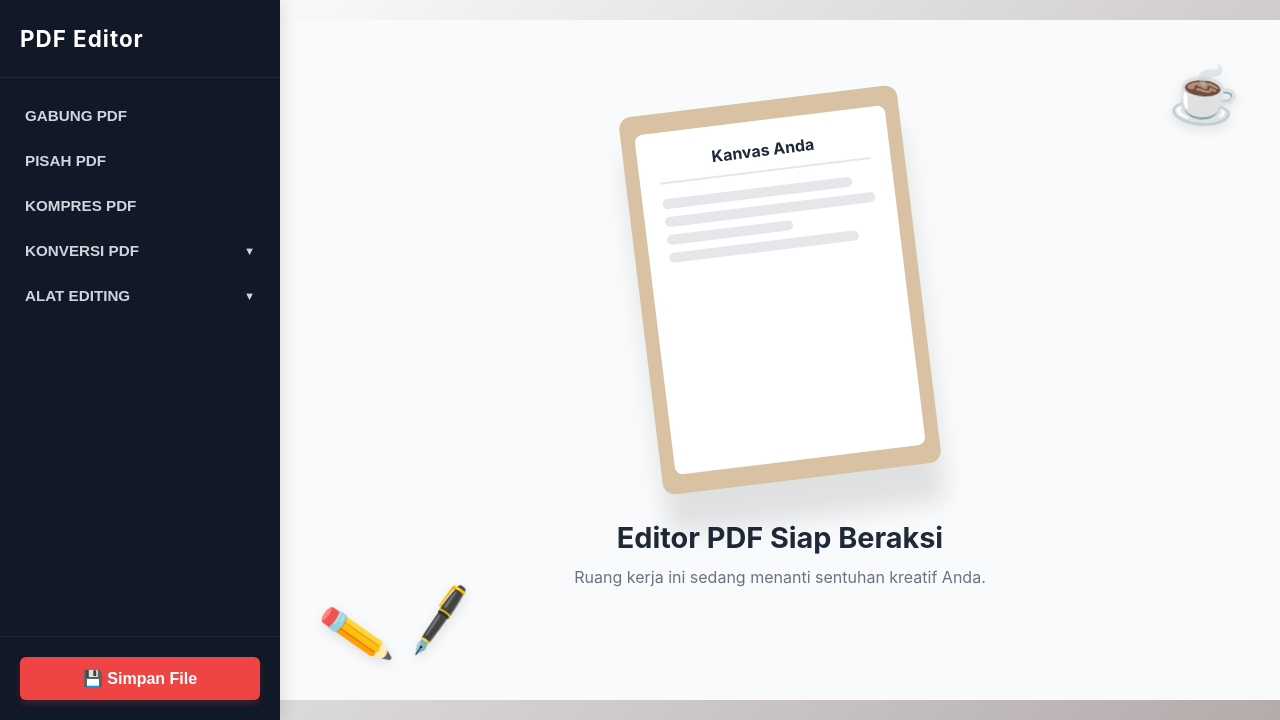
Repository: IkhsanMoekhtar/pdf_editor
Page: /
An editor plug-in stored every save of this project. The page is shown before and after the next save, followed by the edit.
The browser window is 1280 px wide. The pictures show the whole page.
The project was rebuilt for these pictures with package versions that can differ from the ones it lists, and the page was loaded fresh each time. Also part of the build but not shown: vite.config.js.

Above is the page before, as saved 2026-03-20 04:04:22.

### index.html
<!doctype html>
<html lang="en">
  <head>
    <meta charset="UTF-8" />
    <link rel="icon" type="image/svg+xml" href="/favicon.svg" />
    <meta name="viewport" content="width=device-width, initial-scale=1.0" />
    <title>frontend-pdf</title>
  </head>
  <body>
    <div id="root"></div>
    <script type="module" src="/src/main.jsx"></script>
  </body>
</html>

### src/index.css
/* --- CSS RESET GLOBAL --- */

/* Tanda bintang (*) artinya menerapkan aturan ini ke SEMUA elemen di website */
* {
  margin: 0;
  padding: 0;
  box-sizing: border-box; /* Memastikan padding tidak menambah lebar elemen */
}

/* Memaksa elemen dasar website untuk mengambil 100% layar tanpa sisa */
html, body, #root {
  width: 100%;
  height: 100%;
  background-color: #f3f4f6; /* Warna latar belakang aplikasi kita */
}

/* Menghilangkan font default yang kaku */
body {
  font-family: Inter, system-ui, Avenir, Helvetica, Arial, sans-serif;
  -webkit-font-smoothing: antialiased;
}

### src/App.jsx
import React, { useState, useRef, useEffect } from 'react';
import { Document, Page, pdfjs } from 'react-pdf';
import './App.css';


pdfjs.GlobalWorkerOptions.workerSrc = new URL(
  'pdfjs-dist/build/pdf.worker.min.mjs',
  import.meta.url,
).toString();

function App() {

  const [pdfFile, setPdfFile] = useState(null);

  // Secara default, activeTool adalah null (Mode Kursor/Pan)
  const [activeTool, setActiveTool] = useState(null);
  const [expandedMenu, setExpandedMenu] = useState(null);
  const fileInputRef = useRef(null);

  const [numPages, setNumPages] = useState(null);
  const [pageNumber, setPageNumber] = useState(1);
  const pdfWrapperRef = useRef(null);

  // --- REF BARU UNTUK WADAH SCROLL ---
  const scrollContainerRef = useRef(null);

  const [containerSize, setContainerSize] = useState({ width: 0, height: 0 });
  const [originalPageSize, setOriginalPageSize] = useState(null);
  const [userZoom, setUserZoom] = useState(1);
  const [rotation, setRotation] = useState(0);
  const [visualZoom, setVisualZoom] = useState(1); // Zoom instan untuk efek visual CSS
  const [isZooming, setIsZooming] = useState(false); // Penanda apakah animasi zoom sedang aktif
  const zoomTimeoutRef = useRef(null);
  const [isZoomMode, setIsZoomMode] = useState(false);
  const [flipX, setFlipX] = useState(false);
  const [flipY, setFlipY] = useState(false);

  // --- STATE BARU UNTUK LOGIKA DRAG / PANNING ---
  const [isDragging, setIsDragging] = useState(false);
  const [dragStart, setDragStart] = useState({ x: 0, y: 0 });
  const [scrollStart, setScrollStart] = useState({ left: 0, top: 0 });

  useEffect(() => {
    const observer = new ResizeObserver((entries) => {
      if (entries[0]) {
        setContainerSize({
          width: entries[0].contentRect.width - 60,
          height: entries[0].contentRect.height - 100
        });
      }
    });

    if (pdfWrapperRef.current) observer.observe(pdfWrapperRef.current);
    return () => observer.disconnect();
  }, [pdfFile]);


  // --- EFEK SCROLL ZOOM (SUPER RESPONSIVE) ---
  useEffect(() => {
    const container = scrollContainerRef.current;
    if (!container) return;

    const handleWheelZoom = (e) => {
      if (isZoomMode) {
        e.preventDefault();
        const zoomStep = 0.1;

        // 1. Ambil posisi mouse relatif terhadap container (viewport)
        const rect = container.getBoundingClientRect();
        const mouseX = e.clientX - rect.left;
        const mouseY = e.clientY - rect.top;

        // 2. Hitung posisi konten saat ini (sebelum zoom baru diterapkan)
        // Rumus: (Scroll Saat Ini + Posisi Mouse) / Zoom Saat Ini
        const contentX = (container.scrollLeft + mouseX) / userZoom;
        const contentY = (container.scrollTop + mouseY) / userZoom;

        // 3. Tentukan nilai zoom baru
        let nextZoom;
        if (e.deltaY < 0) {
          nextZoom = Math.min(userZoom + zoomStep, 4);
        } else {
          nextZoom = Math.max(userZoom - zoomStep, 0.25);
        }

        // 4. Update state zoom
        setUserZoom(nextZoom);

        // 5. KRITIKAL: Hitung dan terapkan scroll baru secara INSTAN
        // Kita hitung di mana koordinat konten tadi harus berada pada skala yang baru
        container.scrollLeft = contentX * nextZoom - mouseX;
        container.scrollTop = contentY * nextZoom - mouseY;
      }
    };

    // Gunakan { passive: false } agar e.preventDefault() bekerja
    container.addEventListener('wheel', handleWheelZoom, { passive: false });
    return () => container.removeEventListener('wheel', handleWheelZoom);
  }, [isZoomMode, userZoom]); // userZoom HARUS ada di sini agar perhitungan posisi akurat

  const calculateOptimalScale = () => {
    if (!containerSize.width || !containerSize.height || !originalPageSize) return 1;

    // Menghitung berapa persen zoom yang dibutuhkan untuk lebar dan tinggi
    const scaleX = containerSize.width / originalPageSize.width;
    const scaleY = containerSize.height / originalPageSize.height;

    // MAGIC: Ambil nilai zoom terkecil agar tidak ada bagian yang terpotong/ke-zoom!
    return Math.min(scaleX, scaleY);
  };

  const calculateBaseScale = () => {
    // Jika data belum lengkap, gunakan skala sangat kecil (0.1)
    // agar PDF raksasa tidak langsung "meledak" dan merusak layout
    if (!containerSize.width || !containerSize.height || !originalPageSize) return 0.2;

    // Pastikan nilai width/height tidak undefined untuk mencegah error NaN (Not a Number)
    if (!originalPageSize.width || !originalPageSize.height) return 1;

    const scaleX = containerSize.width / originalPageSize.width;
    const scaleY = containerSize.height / originalPageSize.height;

    // Kurangi 0.02 (2%) sebagai margin ekstra agar tepian PDF tidak terlalu mepet
    return Math.min(scaleX, scaleY) - 0.02;
  };

  const handleFileUpload = (event) => {
    const file = event.target.files[0];
    if (file && file.type === 'application/pdf') {
      setPdfFile(file);
      setPageNumber(1);
      setOriginalPageSize(null);
      setUserZoom(1);
      setRotation(0);
      setFlipX(false);
      setFlipY(false);
      setActiveTool(null); // Reset tool ke mode pan saat file baru masuk
    } else {
      alert("Mohon unggah file dengan format PDF.");
    }
  };

  const onDocumentLoadSuccess = ({ numPages }) => setNumPages(numPages);
  const onPageLoadSuccess = (page) => {
    setOriginalPageSize({
      width: page.originalWidth,
      height: page.originalHeight
    });
  };
  const changePage = (offset) => setPageNumber(prev => prev + offset);

  // --- FUNGSI MOUSE UNTUK DRAG & PANNING ---
  const handleMouseDown = (e) => {
    // Hanya bisa di-drag jika TIDAK ADA tool edit yang aktif (Mode Kursor)
    if (activeTool !== null) return;

    setIsDragging(true);
    // Catat posisi awal mouse
    setDragStart({ x: e.pageX, y: e.pageY });
    // Catat posisi awal scrollbar
    setScrollStart({
      left: scrollContainerRef.current.scrollLeft,
      top: scrollContainerRef.current.scrollTop
    });
  };

  const handleMouseMove = (e) => {
    if (!isDragging) return;
    e.preventDefault(); // Mencegah browser nge-blok (highlight teks biru) saat ditarik

    // Hitung jarak geser mouse
    const dx = e.pageX - dragStart.x;
    const dy = e.pageY - dragStart.y;

    // Terapkan jarak tersebut untuk menggeser scrollbar
    scrollContainerRef.current.scrollLeft = scrollStart.left - dx;
    scrollContainerRef.current.scrollTop = scrollStart.top - dy;
  };

  const handleMouseUpOrLeave = () => {
    setIsDragging(false);
  };

  // --- FUNGSI ACTION BAR ---
  const handleToolClick = (toolName) => {
    // Jika klik tool yang sama, matikan toolnya (kembali ke mode pan/kursor)
    setActiveTool(prev => prev === toolName ? null : toolName);
  };

  const rotateRight = () => setRotation(prev => (prev + 90) % 360);
  const rotateLeft = () => setRotation(prev => (prev - 90 + 360) % 360);
  const triggerUpload = () => fileInputRef.current.click();
  const toggleMenu = (menuName) => setExpandedMenu(prev => prev === menuName ? null : menuName);

  // --- MENENTUKAN BENTUK KURSOR ---
  const getCursorStyle = () => {
    if (activeTool) return 'crosshair'; // Bentuk "+" untuk menggambar/teks
    if (isDragging) return 'grabbing'; // Bentuk "tangan mengepal" saat ditarik
    return 'grab'; // Bentuk "tangan terbuka" saat mode pan
  };

  const baseWidth = originalPageSize ? (originalPageSize.width * calculateBaseScale()) : 0;
  const currentWidth = baseWidth * userZoom;

  return (
    <div className="app-container">

      <aside className="main-sidebar">
        {/* ... (KODE SIDEBAR TETAP SAMA SEPERTI SEBELUMNYA) ... */}
        <div className="brand">
            <strong>PDF Editor</strong>
        </div>

        <nav className="sidebar-nav">
          <button className="nav-item">GABUNG PDF</button>
          <button className="nav-item">PISAH PDF</button>
          <button className="nav-item">KOMPRES PDF</button>

          <div className={`nav-group ${expandedMenu === 'convert' ? 'expanded' : ''}`}>
            <button className="nav-item has-arrow" onClick={() => toggleMenu('convert')}>
              KONVERSI PDF <span className="arrow">▼</span>
            </button>
            <div className="submenu">
              <div className="submenu-title">KE PDF</div>
              <button className="submenu-btn"><span className="doc-icon icon-jpg">J</span> JPG ke PDF</button>
              <button className="submenu-btn"><span className="doc-icon icon-word">W</span> WORD ke PDF</button>
              <button className="submenu-btn"><span className="doc-icon icon-ppt">P</span> PPT ke PDF</button>
              <button className="submenu-btn"><span className="doc-icon icon-excel">X</span> EXCEL ke PDF</button>

              <div className="submenu-title" style={{ marginTop: '10px' }}>DARI PDF</div>
              <button className="submenu-btn"><span className="doc-icon icon-jpg">J</span> PDF ke JPG</button>
              <button className="submenu-btn"><span className="doc-icon icon-word">W</span> PDF ke WORD</button>
              <button className="submenu-btn"><span className="doc-icon icon-ppt">P</span> PDF ke PPT</button>
              <button className="submenu-btn"><span className="doc-icon icon-excel">X</span> PDF ke EXCEL</button>
            </div>
          </div>

          <div className={`nav-group ${expandedMenu === 'tools' ? 'expanded' : ''}`}>
            <button className="nav-item has-arrow" onClick={() => toggleMenu('tools')}>
              ALAT EDITING <span className="arrow">▼</span>
            </button>
            <div className="submenu">
              <button className={`submenu-btn ${activeTool === 'text' ? 'active' : ''}`} onClick={() => handleToolClick('text')}>
                <span className="doc-icon icon-pdf">T</span> Tambah Teks
              </button>
              <button className={`submenu-btn ${activeTool === 'draw' ? 'active' : ''}`} onClick={() => handleToolClick('draw')}>
                <span className="doc-icon icon-pdf">C</span> Coretan Bebas
              </button>
              <button className={`submenu-btn ${activeTool === 'highlight' ? 'active' : ''}`} onClick={() => handleToolClick('highlight')}>
                <span className="doc-icon icon-pdf">H</span> Highlight Area
              </button>
            </div>
          </div>
        </nav>

        <div className="sidebar-footer">
          <button className="save-btn" onClick={() => { if(pdfFile) alert("Mempersiapkan data!"); }}>
            💾 Simpan File
          </button>
        </div>
      </aside>

      <main className="workspace">
        <div
          className="viewer-container"
          ref={pdfWrapperRef}
          style={{
            width: '100%',
            height: '100%',
            display: 'flex',
            flexDirection: 'column',
            alignItems: 'center',
            justifyContent: 'center',
            overflow: 'hidden',
            // Hapus backgroundColor, ganti dengan backgroundImage
            backgroundImage: 'linear-gradient(135deg, #f8fafc 0%, #b4abab 100%)'
          }}
        >
          {pdfFile ? (
            <div className="custom-pdf-viewer" style={{ display: 'flex', flexDirection: 'column', alignItems: 'center', width: '100%', height: '100%', padding: '20px' ,position:'relative'}}>

              <div className="pdf-controls" style={{ flexShrink: 0, marginBottom: '15px', display: 'flex', gap: '15px', alignItems: 'center', backgroundColor: 'white', padding: '10px 20px', borderRadius: '8px', boxShadow: '0 2px 5px rgba(0,0,0,0.1)' }}>
                <button onClick={() => changePage(-1)} disabled={pageNumber <= 1} style={{ padding: '8px 12px', cursor: pageNumber <= 1 ? 'not-allowed' : 'pointer', border: '1px solid #ccc', borderRadius: '4px', background: 'white' }}>
                  ◀ Prev
                </button>
                <span style={{ fontWeight: 'bold', color: '#374151' }}>
                  Halaman {pageNumber} dari {numPages || '--'}
                </span>
                <button onClick={() => changePage(1)} disabled={pageNumber >= numPages} style={{ padding: '8px 12px', cursor: pageNumber >= numPages ? 'not-allowed' : 'pointer', border: '1px solid #ccc', borderRadius: '4px', background: 'white' }}>
                  Next ▶
                </button>
              </div>

              {/* --- WADAH SCROLL DENGAN MOUSE EVENT --- */}
              <div
                className="pdf-paper-wrapper"
                ref={scrollContainerRef}
                onMouseDown={handleMouseDown}
                onMouseMove={handleMouseMove}
                onMouseUp={handleMouseUpOrLeave}
                onMouseLeave={handleMouseUpOrLeave} // Berhenti drag jika mouse keluar area
                style={{
                  flex: 1,
                  overflow: 'auto',
                  justifyContent: 'center',
                  alignItems: 'flex-start',
                  width: '100%',
                  paddingTop: '10px',
                  paddingBottom: '20px',
                  cursor: getCursorStyle(), // Kursor berubah secara dinamis
                  userSelect: isDragging ? 'none' : 'auto' // Mencegah teks ke-blok saat ditarik
                }}
              >
                <div className="pdf-paper"
                style={{
                  boxShadow: '0 10px 30px rgba(0,0,0,0.15)',
                  backgroundColor: 'white',
                  display: 'block',
                  margin: currentWidth > containerSize.width ? '0' : '0 auto',
                  width: currentWidth ? `${currentWidth}px` : 'auto',
                }}>
                <Document
                  file={pdfFile}
                  onLoadSuccess={onDocumentLoadSuccess}
                  loading={<div style={{ padding: '50px' }}>Memuat mesin dan dokumen...</div>}
                >
                  <Page
                    pageNumber={pageNumber}
                    renderTextLayer={false}
                    renderAnnotationLayer={false}
                    onLoadSuccess={onPageLoadSuccess}
                    scale={calculateBaseScale() * 4}
                    rotate={rotation}
                  />
                </Document>
                </div>
              </div>

              <div className="floating-action-bar" style={{ position: 'absolute', bottom: '20px', left: '50%', transform: 'translateX(-50%)', backgroundColor: 'rgba(255,255,255,0.9)', backdropFilter: 'blur(5px)', padding: '10px 20px', borderRadius: '99px', boxShadow: '0 10px 25px rgba(0,0,0,0.1)', display: 'flex', gap: '10px', alignItems: 'center', zIndex: 1000, border: '1px solid #e5e7eb' }}>
                <p style={{ fontSize: '11px', color: '#6b7280', marginRight: '5px' }}>Zoom: {(calculateBaseScale() * userZoom* 100).toFixed(0)}%</p>
                <button
                  className={`action-btn ${isZoomMode ? 'active' : ''}`}
                  onClick={() => setIsZoomMode(!isZoomMode)}
                  title="Gunakan Scroll Mouse untuk Zoom"
                >
                  🔍 {isZoomMode ? 'Scroll Zoom: ON' : 'Scroll Zoom: OFF'}
                </button>
                <div style={{ width: '1px', height: '20px', backgroundColor: '#e5e7eb' }}></div>
                <button className={`action-btn ${rotation !== 0 ? 'active' : ''}`} onClick={rotateLeft} title="Putar kanan">🔄 R</button>
                <button className={`action-btn ${rotation !== 0 ? 'active' : ''}`} onClick={rotateRight} title="Putar Kiri">🔄 L</button>
                <div style={{ width: '1px', height: '20px', backgroundColor: '#e5e7eb' }}></div>

                {/* Tombol Alat Edit (Bisa di-toggle on/off) */}
                <button className={`action-btn ${activeTool === 'text' ? 'active' : ''}`} onClick={() => handleToolClick('text')}>✍️ Teks</button>
                <button className={`action-btn ${activeTool === 'draw' ? 'active' : ''}`} onClick={() => handleToolClick('draw')}>🖌️ Coret</button>
              </div>

            </div>
          ) : (
            <div className="empty-state desktop-scene" onClick={triggerUpload} style={{ margin: '20px' }}>
              <input type="file" accept="application/pdf" style={{ display: 'none' }} ref={fileInputRef} onChange={handleFileUpload} />
              <div className="clipboard"><div className="clipboard-paper"><div className="clipboard-header">Kanvas Anda</div><div className="clipboard-content"><div className="empty-line large"></div><div className="empty-line"></div><div className="empty-line medium"></div><div className="empty-line large"></div></div></div></div>
              <div className="desk-item coffee-cup">☕️</div>
              <div className="desk-item pens">✏️ 🖋️</div>
              <div className="message-container">
                <h3>Editor PDF Siap Beraksi</h3>
                <p>Ruang kerja ini sedang menanti sentuhan kreatif Anda.</p>
              </div>
            </div>
          )}
        </div>
      </main>
    </div>
  );
}

export default App;

Loaded but not shown: src/main.jsx (common file); src/App.css (317 lines, source omitted)

After the next save:
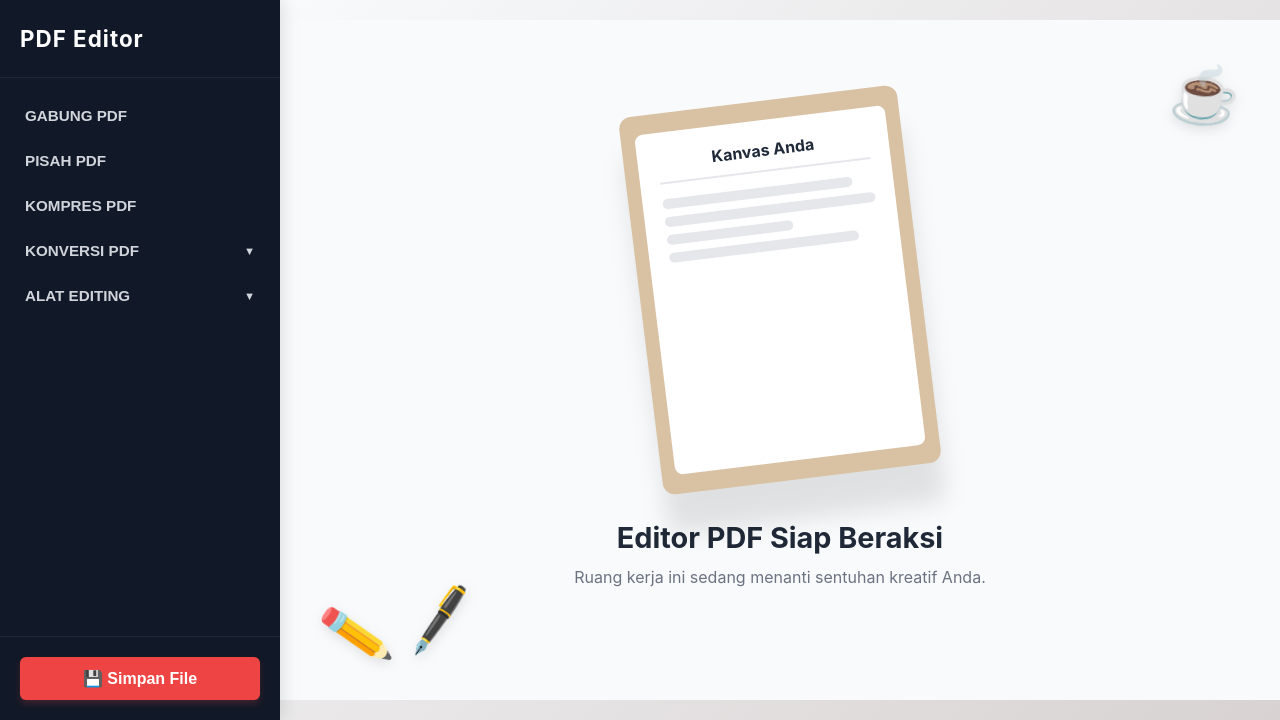
Saved 5 s later.
--- a/src/App.jsx
+++ b/src/App.jsx
@@ -273,7 +273,7 @@ function App() {
             justifyContent: 'center',
             overflow: 'hidden',
             // Hapus backgroundColor, ganti dengan backgroundImage
-            backgroundImage: 'linear-gradient(135deg, #f8fafc 0%, #b4abab 100%)'
+            backgroundImage: 'linear-gradient(135deg, #f8fafc 0%, #d8d2d2 100%)'
           }}
         >
           {pdfFile ? (
